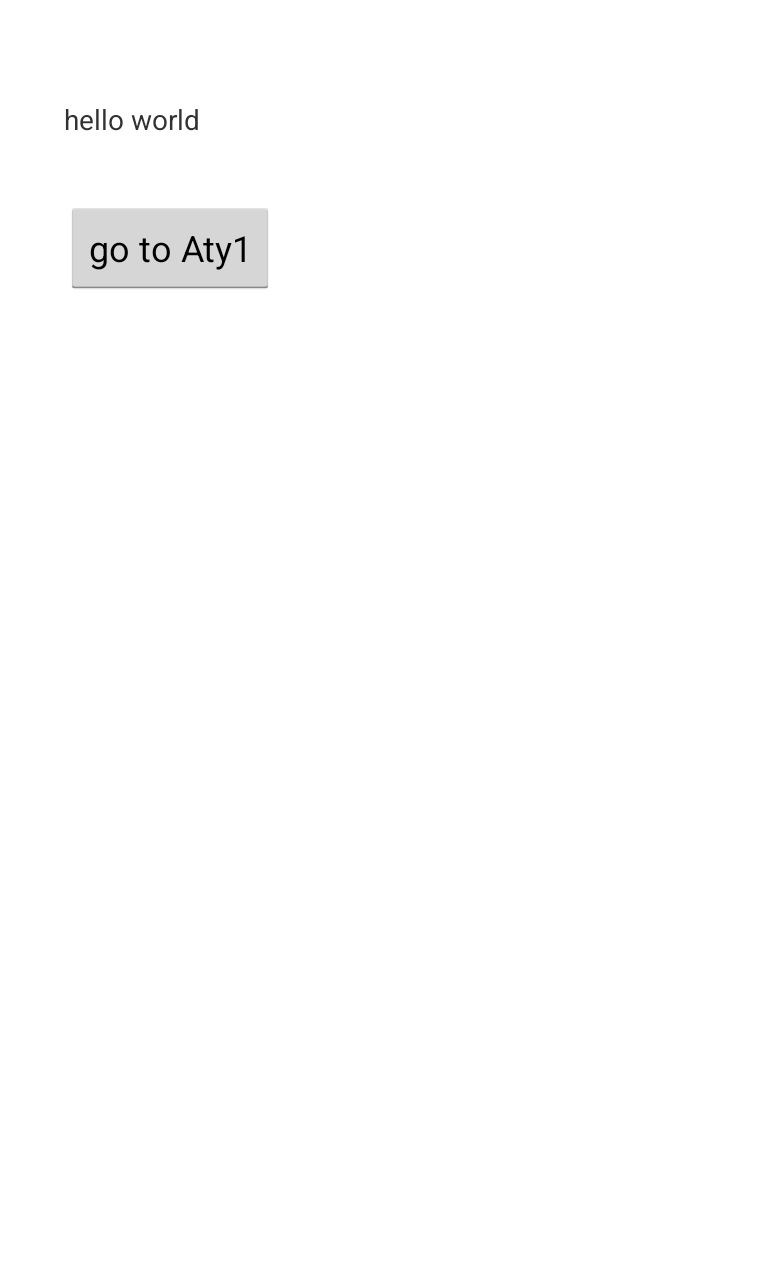
Repository: avenosu/android-coding-practice
Layout: Z001Activity/res/layout/activity_main.xml
These files come from the project's save history. The layout is drawn as it stood at one moment and after the next save; the edit follows.
It is drawn on a 768 x 1280 px phone screen (xhdpi) without system bars, with theme AppTheme; the app's code is not run.

Above is the layout before, as saved 2015-03-24 11:22:23.

### Z001Activity/res/layout/activity_main.xml
<RelativeLayout xmlns:android="http://schemas.android.com/apk/res/android"
    xmlns:tools="http://schemas.android.com/tools"
    android:layout_width="match_parent"
    android:layout_height="match_parent"
    android:paddingBottom="@dimen/activity_vertical_margin"
    android:paddingLeft="@dimen/activity_horizontal_margin"
    android:paddingRight="@dimen/activity_horizontal_margin"
    android:paddingTop="@dimen/activity_vertical_margin"
    tools:context="com.zzz.Z001Activity.MainActivity" >

    <Button
        android:id="@+id/mainactivity_button1_gotoaty1"
        android:layout_width="wrap_content"
        android:layout_height="wrap_content"
        android:layout_alignParentLeft="true"
        android:layout_alignParentTop="true"
        android:layout_marginLeft="16dp"
        android:layout_marginTop="84dp"
        android:text="go to Aty1" />

    <TextView
        android:id="@+id/mainactivity_textView1"
        android:layout_width="wrap_content"
        android:layout_height="wrap_content"
        android:layout_alignLeft="@+id/mainactivity_button1_gotoaty1"
        android:layout_alignParentTop="true"
        android:layout_marginTop="34dp"
        android:text="hello world" />

</RelativeLayout>

### Z001Activity/res/values/strings.xml
<?xml version="1.0" encoding="utf-8"?>
<resources>

    <string name="app_name">Z001Activity</string>
    <string name="hello_world">Hello world!</string>
    <string name="action_settings">Settings</string>

</resources>

Loaded but not shown: Z001Activity/res/values/styles.xml (common file); Z001Activity/res/values-v11/styles.xml (common file); Z001Activity/res/values-v14/styles.xml (common file); Z001Activity/res/values/dimens.xml (common file); Z001Activity/res/values-w820dp/dimens.xml (common file)

After the next save:
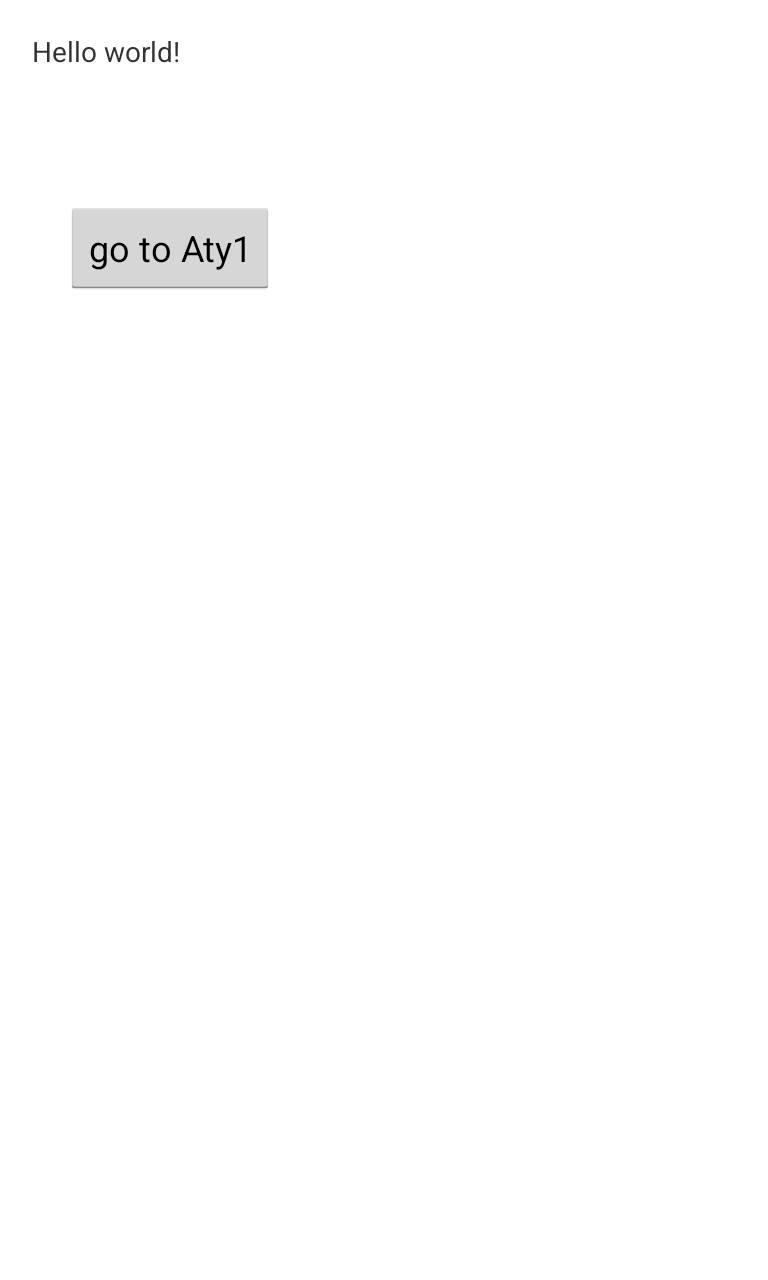
Saved 117 s later.
--- a/Z001Activity/res/layout/activity_main.xml
+++ b/Z001Activity/res/layout/activity_main.xml
@@ -7,6 +7,14 @@
     android:paddingRight="@dimen/activity_horizontal_margin"
     android:paddingTop="@dimen/activity_vertical_margin"
     tools:context="com.zzz.Z001Activity.MainActivity" >
+
+
+    <TextView
+        android:id="@+id/textView1"
+        android:layout_width="wrap_content"
+        android:layout_height="wrap_content"
+        android:text="@string/hello_world" />
+
 
     <Button
         android:id="@+id/mainactivity_button1_gotoaty1"
@@ -18,13 +26,6 @@
         android:layout_marginTop="84dp"
         android:text="go to Aty1" />
 
-    <TextView
-        android:id="@+id/mainactivity_textView1"
-        android:layout_width="wrap_content"
-        android:layout_height="wrap_content"
-        android:layout_alignLeft="@+id/mainactivity_button1_gotoaty1"
-        android:layout_alignParentTop="true"
-        android:layout_marginTop="34dp"
-        android:text="hello world" />
+
 
 </RelativeLayout>
